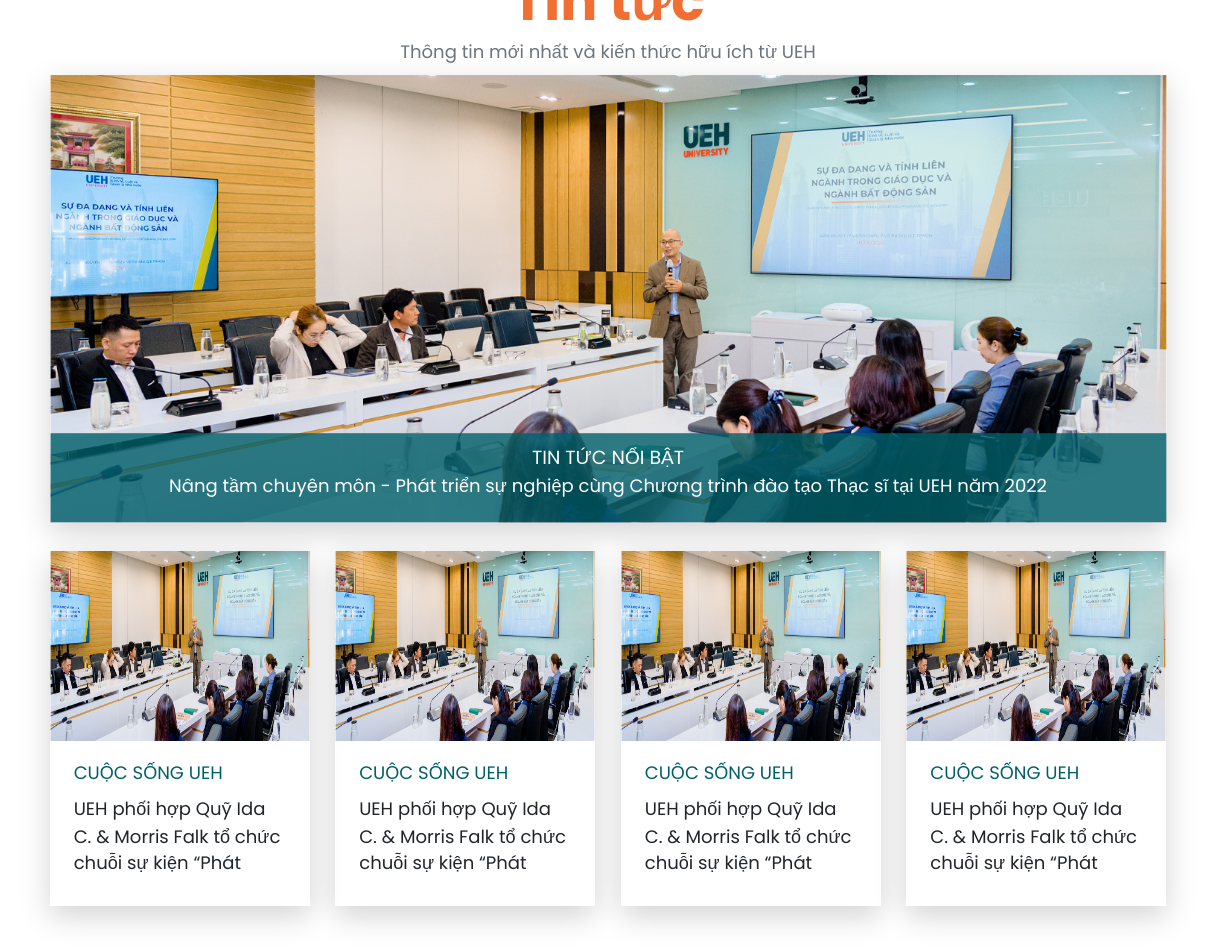
Repository: Jackietruong2805/frontends
Page: html css/ueh/index.html
The author's editor kept a copy of each file at every save. The page is drawn from the files as they stood at one save, then again after the next save.
The browser window is 1280 px wide. The page is 1288 px wide, so the pictures cover 1288 px, including what lies to the right of the window. The pictures show the part of the page from y = 720 to 1720 px (the page is 1720 px tall), at 95% of full size.
Some web libraries are served in a nearby version.

Above is the page before, as saved 2022-06-20 09:54:00.

### html css/ueh/index.html
<!DOCTYPE html>
<html lang="en">
  <head>
    <meta charset="UTF-8" />
    <meta http-equiv="X-UA-Compatible" content="IE=edge" />
    <meta name="viewport" content="width=device-width, initial-scale=1.0" />
    <title>UEH</title>
    <!-- FONT GOOGLE -->
    <link rel="preconnect" href="https://fonts.googleapis.com" />
    <link rel="preconnect" href="https://fonts.gstatic.com" crossorigin />
    <link
      href="https://fonts.googleapis.com/css2?family=Poppins:wght@300;400;700&display=swap"
      rel="stylesheet"
    />
    <!-- FONT AWESOME -->
    <link
      rel="stylesheet"
      href="https://cdnjs.cloudflare.com/ajax/libs/font-awesome/6.1.1/css/all.min.css"
      integrity="sha512-KfkfwYDsLkIlwQp6LFnl8zNdLGxu9YAA1QvwINks4PhcElQSvqcyVLLD9aMhXd13uQjoXtEKNosOWaZqXgel0g=="
      crossorigin="anonymous"
      referrerpolicy="no-referrer"
    />
    <!-- BS5 -->
    <link
      href="https://cdn.jsdelivr.net/npm/bootstrap@5.1.3/dist/css/bootstrap.min.css"
      rel="stylesheet"
      integrity="sha384-1BmE4kWBq78iYhFldvKuhfTAU6auU8tT94WrHftjDbrCEXSU1oBoqyl2QvZ6jIW3"
      crossorigin="anonymous"
    />
    <!-- INDEX CSS -->
    <link rel="stylesheet" href="./css/index.css" />
  </head>
  <body class="fix">
    <!-- HEADER -->
    <header class="container-fluid p-0">
      <nav
        class="navbar navbar-expand-lg navbar-dark bg-dark p-0 fixed-top w-100"
        id="brand-bar"
      >
        <div class="container-fluid px-5">
          <a class="navbar-brand" id="header--workmark" href="#">
            <img src="./img/logo-header.png" id="logo-header" alt="ueh-logo" />
          </a>
          <button
            class="navbar-toggler"
            type="button"
            data-bs-toggle="collapse"
            data-bs-target="#navbarUeh"
            aria-controls="navbarSupportedContent"
            aria-expanded="false"
            aria-label="Toggle navigation"
          >
            <span class="navbar-toggler-icon"></span>
          </button>
          <div class="collapse navbar-collapse" id="navbarUeh">
            <ul class="navbar-nav ms-auto mb-2 mb-lg-0 px-5">
              <li class="nav-item">
                <a class="nav-link active" aria-current="page" href="#"
                  >Tân sinh viên</a
                >
              </li>
              <li class="nav-item">
                <a class="nav-link" href="#">Người học</a>
              </li>
              <li class="nav-item">
                <a class="nav-link" href="#">Cựu sinh viên</a>
              </li>
              <li class="nav-item">
                <a class="nav-link" href="#">UEH Future</a>
              </li>
              <li class="nav-item">
                <a class="nav-link" href="#">UEHer</a>
              </li>
              <li class="nav-item">
                <a class="nav-link" href="#">UEH Vĩnh Long</a>
              </li>
              <li class="nav-item d-flex align-items-center">
                <div class="button-cover">
                  <span class="vi text-white">VI</span>
                  <span class="en">EN</span>
                </div>
              </li>
            </ul>
            <button class="btn btn-info">
              <i class="fa fa-search"></i>
            </button>
          </div>
        </div>
      </nav>
      <div id="video" class="video row">
        <div class="video-ueh"></div>
      </div>
    </header>

    <!-- CAROUSEL -->
    <div class="body">
      <section class="carousel">
        <div id="uehIndicators" class="carousel slide" data-bs-ride="carousel">
          <div class="carousel-indicators">
            <button
              type="button"
              data-bs-target="#uehIndicators"
              data-bs-slide-to="0"
              class="active"
              aria-current="true"
              aria-label="Slide 1"
            ></button>
            <button
              type="button"
              data-bs-target="#uehIndicators"
              data-bs-slide-to="1"
              aria-label="Slide 2"
            ></button>
            <button
              type="button"
              data-bs-target="#uehIndicators"
              data-bs-slide-to="2"
              aria-label="Slide 3"
            ></button>
            <button
              type="button"
              data-bs-target="#uehIndicators"
              data-bs-slide-to="3"
              aria-label="Slide 4"
            ></button>
            <button
              type="button"
              data-bs-target="#uehIndicators"
              data-bs-slide-to="4"
              aria-label="Slide 4"
            ></button>
          </div>
          <div class="carousel-inner">
            <div class="carousel-item active">
              <img src="./img/slider-1.jpg" class="d-block w-100" alt="..." />
            </div>
            <div class="carousel-item">
              <img src="./img/slider-2.png" class="d-block w-100" alt="..." />
            </div>
            <div class="carousel-item">
              <img src="./img/slider-3.jpg" class="d-block w-100" alt="..." />
            </div>
            <div class="carousel-item">
              <img src="./img/slider-4.jpg" class="d-block w-100" alt="..." />
            </div>
            <div class="carousel-item">
              <img src="./img/slider-5.png" class="d-block w-100" alt="..." />
            </div>
          </div>
          <button
            class="carousel-control-prev"
            type="button"
            data-bs-target="#uehIndicators"
            data-bs-slide="prev"
          >
            <span class="ueh-block-title">
              <i class="fa fa-angle-left"></i>
            </span>
            <span class="visually-hidden">Previous</span>
          </button>
          <button
            class="carousel-control-next"
            type="button"
            data-bs-target="#uehIndicators"
            data-bs-slide="next"
          >
            <span class="ueh-block-title"
              ><i class="fa fa-angle-right"></i
            ></span>
            <span class="visually-hidden">Next</span>
          </button>
        </div>
      </section>
      <!-- CAROUSEL -->

      <!-- NEWS -->
      <section class="news my-5">
        <h1 class="text-center ueh-block-title fw-bold fs-1">Tin tức</h1>
        <p class="text-muted text-center">
          Thông tin mới nhất và kiến thức hữu ích từ UEH
        </p>
        <div class="container-fluid px-5">
          <div class="row px-5">
            <div class="col-12 shadow-lg p-0 overflow-hidden position-relative">
              <img
                class="img-fluid"
                id="img-scale"
                src="./img/news-1.jpg"
                alt="news1"
              />
              <div class="news__overplay">
                <h2 class="over-1">TIN TỨC NỔI BẬT</h2>
                <p class="over-2">
                  Nâng tầm chuyên môn - Phát triển sự nghiệp cùng Chương trình
                  đào tạo Thạc sĩ tại UEH năm 2022
                </p>
              </div>
            </div>
          </div>
          <div class="row px-5 py-5 news__list">
            <div class="col-3 p-0 shadow-lg news__col news__item">
              <div class="news__img">
                <img class="" src="./img/news-1.jpg" alt="news-1" />
              </div>
              <div class="new__content">
                <p style="color: rgb(0, 95, 105)">CUỘC SỐNG UEH</p>
                <p>
                  UEH phối hợp Quỹ Ida C. & Morris Falk tổ chức chuỗi sự kiện
                  “Phát
                </p>
              </div>
            </div>
            <div class="col-3 p-0 shadow-lg news__col news__item">
              <div class="news__img">
                <img class="" src="./img/news-1.jpg" alt="news-1" />
              </div>
              <div class="new__content">
                <p style="color: rgb(0, 95, 105)">CUỘC SỐNG UEH</p>
                <p>
                  UEH phối hợp Quỹ Ida C. & Morris Falk tổ chức chuỗi sự kiện
                  “Phát
                </p>
              </div>
            </div>
            <div class="col-3 p-0 shadow-lg news__col news__item">
              <div class="news__img">
                <img class="" src="./img/news-1.jpg" alt="news-1" />
              </div>
              <div class="new__content">
                <p style="color: rgb(0, 95, 105)">CUỘC SỐNG UEH</p>
                <p>
                  UEH phối hợp Quỹ Ida C. & Morris Falk tổ chức chuỗi sự kiện
                  “Phát
                </p>
              </div>
            </div>
            <div class="col-3 p-0 shadow-lg news__col news__item">
              <div class="news__img">
                <img class="" src="./img/news-1.jpg" alt="news-1" />
              </div>
              <div class="new__content">
                <p style="color: rgb(0, 95, 105)">CUỘC SỐNG UEH</p>
                <p>
                  UEH phối hợp Quỹ Ida C. & Morris Falk tổ chức chuỗi sự kiện
                  “Phát
                </p>
              </div>
            </div>
          </div>
        </div>
      </section>
      <!-- ADMISSIONS -->
      <section class="admissions"></section>
      <!-- EVENT -->
      <section class="event"></section>
      <!-- RESEARCH -->
      <section class="research"></section>
      <!-- TRAIN -->
      <section class="train"></section>
      <!-- COOPERATION -->
      <section class="coOperation"></section>
      <!-- ACCREDITATION -->
      <section class="accreditation"></section>
      <!-- UEH -->
      <section class="ueh"></section>
      <!-- INTRO -->
      <section class="intro"></section>
      <!-- EXPLORE -->
      <section class="explore"></section>
      <!-- FOOTER -->
      <footer></footer>
    </div>

    <div class="placeholder"></div>

    <!-- thư viện hộ trợ -->
    <script
      src="https://cdn.jsdelivr.net/npm/bootstrap@5.1.3/dist/js/bootstrap.bundle.min.js"
      integrity="sha384-ka7Sk0Gln4gmtz2MlQnikT1wXgYsOg+OMhuP+IlRH9sENBO0LRn5q+8nbTov4+1p"
      crossorigin="anonymous"
    ></script>
    <script src="./js/index.js"></script>
  </body>
</html>

### html css/ueh/css/index.css
/* Global */
* {
    padding: 0;
    margin: 0;
    box-sizing: border-box;
}

html {
    font-size: 10px;
}

body {
    font-size: 1.9em;
}

body,
html {
    font-family: 'Poppins', sans-serif;
}

.ueh-block-title {
    color: #f26f33 !important;
}

.fs-1 {
    font-size: 3.0517578125em !important;
    ;
}

#img-scale {
    transform: scale(1);
    transition: 0.5s;
}

#img-scale:hover {
    transform: scale(1.05);
}

.fixed {
    position: fixed;
    top: 0;
    width: 100%;
    z-index: -2;
}

.section {
    padding: 30px 0;
}

/* HEADER */
.fix .body {
    position: fixed;
    top: 20vh;
    width: 100%;
    z-index: -1;
}

.fix .placeholder {
    position: relative;
    height: 1000px;
    z-index: 1;
}

header {
    height: 100vh;
    display: flex;
    flex-direction: column;
    position: relative;
    z-index: 1;
}

.video {
    flex-grow: 1;
}

.video-ueh {
    height: 100%;
    background-image: url('../img/ueh-vid.gif');
    background-position: center;
    background-repeat: no-repeat;
    background-size: cover;
}

#brand-bar {
    background-color: rgb(0, 95, 105) !important;

}

#navbarUeh .nav-item {
    transition: 0.5s;
}

#navbarUeh .nav-item:hover:not(:last-child) {
    background-color: #f26f33;
}

.navbar #header--workmark {
    font-size: 1.1em !important;
    line-height: 1.8em !important;
}

#logo-header {
    max-height: 36px !important;
}

#navbarUeh .nav-item .nav-link {
    color: #fff;
    font-weight: 300;
    padding: .5555555556em .5em;
    outline-offset: -4px;
}

.button-cover {
    background-color: white;
    border-radius: 30px;
    padding: 1.5px 4px;
    line-height: 10px;
}

.button-cover .vi {
    display: inline-block;
    border-radius: 50%;
    background-color: rgb(0, 95, 105);
    padding: 8px;
    font-size: 10px;
    font-weight: bold;
}

.button-cover .en {
    color: rgb(0, 95, 105);
    font-size: 10px;
    padding: 5px;
    font-weight: bold;
}

#navbarUeh .btn-info,
#navbarUeh .btn-info:focus {
    color: white;
    background-color: rgb(0, 95, 105);
    border: 0;
    font-size: inherit;
    padding: 0 40px 0 60px;
    box-shadow: none;
}


/* CAROUSEL */


#uehIndicators .carousel-indicators .active {
    background-color: white;
}

.carousel-control-prev,
.carousel-control-next {
    opacity: 1;
    width: 5%;
}

.carousel-indicators [data-bs-target] {
    width: 10px;
    height: 10px;
    border-radius: 50%;
    background-color: transparent;
    border: 2px solid white;
    background-clip: border-box;
}

.carousel-control-prev .fa-angle-left {
    font-size: 40px;
}

.carousel-control-next .fa-angle-right {
    font-size: 40px;
}

.news__overplay {
    position: absolute;
    width: 100%;
    height: 20%;
    background-color: rgba(0, 95, 105, 0.8);
    bottom: 0;
    display: flex;
    flex-direction: column;
    justify-content: center;
    text-align: center;
    color: #fff;
}

.news__col {
    display: flex;
    flex-direction: column;

}

.new__content {
    padding: 20px 25px;
}

.news__img {
    height: auto;
}

.news__img img {
    height: 200px;
    max-width: 100%;
    transform: scale(1);
    transition: 0.5s;
}

.news .news__list {
    justify-content: space-between;
}

.news .news__item {
    width: calc(100%/4.3);
}


.news__img {
    overflow: hidden;
}

.news__img img:hover {
    transform: scale(1.2);
}

### html css/ueh/js/index.js
window.onscroll = function () {
  const video = document.getElementById("video");
  const body = document.querySelector("body");
  const videoHeight = video.offsetHeight;

  if (document.documentElement.scrollTop <= videoHeight) {
    body.classList.add("fix");
  } else {
    body.classList.remove("fix");
  }
};

After the next save:
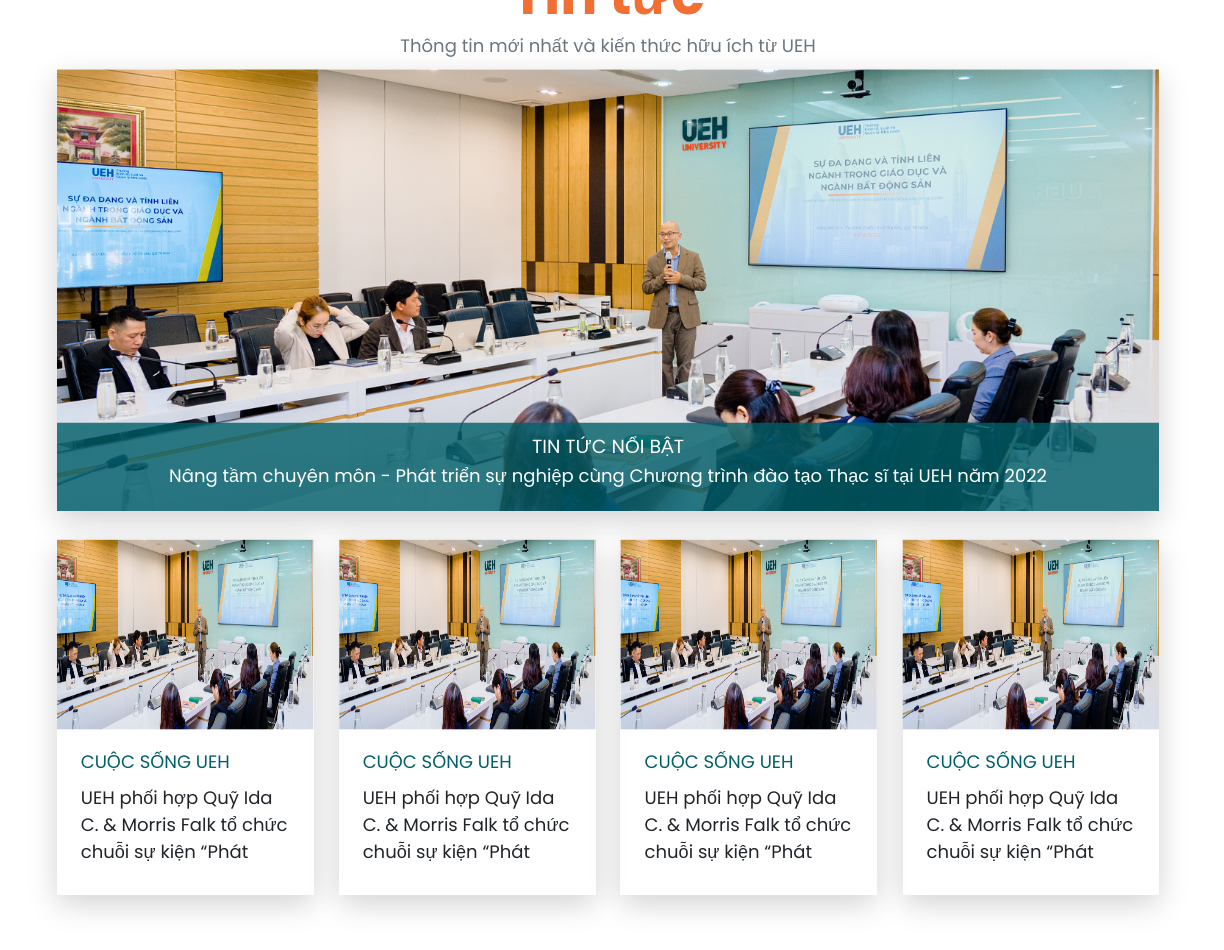
Saved 3 min 4 s later.
--- a/html css/ueh/index.html
+++ b/html css/ueh/index.html
@@ -93,7 +93,7 @@
     </header>
 
     <!-- CAROUSEL -->
-    <div class="body">
+    <div class="body container-fluid">
       <section class="carousel">
         <div id="uehIndicators" class="carousel slide" data-bs-ride="carousel">
           <div class="carousel-indicators">
